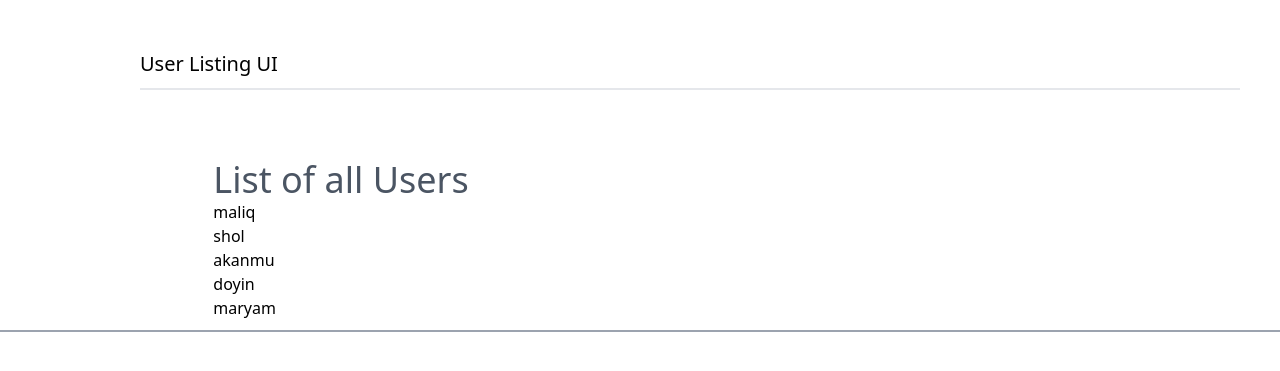
Repository: Marlstergo/listings
Page: / (app in client/)
These files come from the project's save history. The page is drawn as it stood at one moment and after the next save; the edit follows.
The browser window is 1280 px wide. The pictures show the whole page.
The project was rebuilt for these pictures with package versions that can differ from the ones it lists, and the page was loaded fresh each time. Also part of the build but not shown: client/craco.config.js, client/src/components/Loader.js, client/src/components/Order.js, client/src/components/Modal.js. Imported but missing from the stored project, and not drawn on this page: client/src/components/Base, client/src/components/Toppings.

Above is the page before, as saved 2021-07-20 21:59:32.

### client/src/index.js
/* eslint-disable no-unused-vars */
import React from "react";
import ReactDOM from "react-dom";
import "./index.css";
import App from "./App";
import reportWebVitals from "./reportWebVitals";
import { BrowserRouter } from "react-router-dom";
import { Provider } from "react-redux";
import { store } from "./redux/store";
import { PersistGate } from "redux-persist/integration/react";
import { persistor } from "./redux/store";

ReactDOM.render(
  <React.StrictMode>
    <Provider store={store}>
      <BrowserRouter>
        <PersistGate persistor={persistor}>
          <App />
        </PersistGate>
      </BrowserRouter>
    </Provider>
  </React.StrictMode>,
  document.getElementById("root")
);

// If you want to start measuring performance in your app, pass a function
// to log results (for example: reportWebVitals(console.log))
// or send to an analytics endpoint. Learn more: https://bit.ly/CRA-vitals
reportWebVitals();

### client/src/App.js
import React, { useState } from 'react';
import { Route, Switch, useLocation } from "react-router-dom";
import Header from './components/Header';
import Home from './components/Home';
import Base from './components/Base';
import Toppings from './components/Toppings';
import Order from './components/Order';
import Modal from './components/Modal';
import { AnimatePresence } from 'framer-motion';

function App() {
  const location = useLocation();
  const showModal = true;

  return (
    <>
      <Header />
      {/* <Modal showModal={showModal} /> */}
      <AnimatePresence exitBeforeEnter>
        <Switch location={location} key={location.key}>
          <Route path="/">
            <Home />
          </Route>
          <Route path="/createUpdateUser">
            <Toppings />
          </Route>
          <Route path="/order">
            <Order />
          </Route>
          <Route path="/">
            <Home />
          </Route>
        </Switch>
      </AnimatePresence>

    </>
  );
}

export default App;

### client/src/redux/store.js
import { createStore, applyMiddleware } from "redux";
import { logger } from 'redux-logger';
import {persistStore} from 'redux-persist';
// import thunk from 'redux-thunk'
import createSagaMiddleware from 'redux-saga'

import rootSaga from './root-sagas'

import rootReducer from './root-reducer';

const sagaMiddleware = createSagaMiddleware()

const middleware = [sagaMiddleware];

if( process.env.NODE_ENV === 'development'){
    middleware.push(logger)
}

export const store = createStore(rootReducer, applyMiddleware(...middleware))

sagaMiddleware.run(rootSaga)

export const persistor = persistStore(store)

export default (store, persistor);

### client/src/components/Header.js
import React from 'react';
import { motion } from 'framer-motion';

const svgVariants = {
  hidden: { rotate: -180 },
  visible: {
    rotate: 0,
    transition: { duration : 1 }
  },
}

const pathVariants = {
  hidden: {
    opacity: 0,
    pathLength: 0,
  },
  visible: {
    opacity: 1,
    pathLength: 1,
    transition: {
      duration: 2,
      ease: "easeInOut",
    }
  }
};


const Header = () => {
  return (
    <header className='flex p-[40px]  items-center'>
      <motion.div className="logo"
        drag
        dragConstraints={{ left: 0, top: 0, right: 0, bottom: 0 }}
        dragElastic={0.7}
      >
        <motion.svg className="w-[80px] overflow-visible" xmlns="http://www.w3.org/2000/svg" viewBox="0 0 100 100"
          variants={svgVariants}
          initial="hidden"
          animate="visible"
        >
          <motion.path
            fill="none"
            d="M40 40 L80 40 C80 40 80 80 40 80 C40 80 0 80 0 40 C0 40 0 0 40 0Z"
            variants={pathVariants}
          />
          <motion.path
            fill="none"
            d="M50 30 L50 -10 C50 -10 90 -10 90 30 Z"
            variants={pathVariants}
          />
        </motion.svg>
      </motion.div>
      <motion.div className=" flex-grow ml-[20px] text-xs"
        initial={{ y: -250}}
        animate={{ y: -10 }}
        transition={{ delay: 0.2, type: 'spring', stiffness: 120 }}
      >
        <h1 className="border-b-2 pb-[10px] text-xl">User Listing UI</h1>
      </motion.div>
    </header>
  )
}

export default Header;

### client/src/components/Home.js
import React from "react";
import { Link } from "react-router-dom";
import { motion } from "framer-motion";
import Loader from "./Loader";

const buttonVariants = {
  hover: {
    scale: 1.1,
    textShadow: "0px 0px 8px rgb(255,255,255)",
    boxShadow: "0px 0px 8px rgb(255,255,255)",
    transition: {
      duration: 0.3,
      yoyo: 5,
    },
  },
};

const containerVariants = {
  hidden: {
    opacity: 0,
  },
  visible: {
    opacity: 1,
    transition: { delay: 1.5, duration: 1.5 },
  },
  exit: {
    x: "-100vh",
    transition: { ease: "easeInOut" },
  },
};
const users = ["maliq", "shol", "akanmu", "doyin", "maryam"];
const Home = () => {
  return (
    <motion.div
      className="  pb-[10px] mb-[10px] border-b-2 border-gray-400 flex flex-col items-center"
      variants={containerVariants}
      initial="hidden"
      animate="visible"
      exit="exit"
    >
      <div className="w-2/3 ">
        <h2 className="text-4xl text-gray-600">List of all Users</h2>
        <ul>
          {users.map(
            (user) => (
              <li>{user}</li>
            )
          )}

        </ul>
        {/* <table className="min-w-full divide-y divide-gray-200">
          <thead>
            <tr>
              <th className="px-6 py-3 bg-gray-50 text-left text-xs font-medium text-gray-500 uppercase tracking-wider">
                Transaction
              </th>
              <th className="px-6 py-3 bg-gray-50 text-right text-xs font-medium text-gray-500 uppercase tracking-wider">
                Amount
              </th>
              <th className="hidden px-6 py-3 bg-gray-50 text-left text-xs font-medium text-gray-500 uppercase tracking-wider md:block">
                Status
              </th>
              <th className="px-6 py-3 bg-gray-50 text-right text-xs font-medium text-gray-500 uppercase tracking-wider">
                Date
              </th>
            </tr>
          </thead>
        </table> */}
      </div>
    </motion.div>
  );
};

export default Home;

### client/src/redux/root-sagas.js
import {all, call} from 'redux-saga/effects'
import {userSagas} from './user/user.sagas'


export default function* rootSaga(){
    yield all([
        call(userSagas),
    ])
}

### client/src/redux/root-reducer.js
import {combineReducers} from 'redux'
import userReducer from './user/user.reducer'
// import cartReducer from './cart/cart.reducer'
import {persistReducer} from 'redux-persist'
import storage from 'redux-persist/lib/storage'
// import directoryReducer from './directory/directory.reducer'
// import shopReducer from './shop/shop.reducer'

const persistConfig ={
    key: 'root',
    storage,
    whitelist: ['' ]
}
const rootReducer = combineReducers({
    user: userReducer,

})
export default persistReducer(persistConfig, rootReducer)

### client/src/redux/user/user.sagas.js
import { all, call, put, takeLatest } from "redux-saga/effects";

import UserActionTypes from "./user.types";
import { loadUserDetail } from "./user.action";
// import axios from "axios";
// import { getUserDetailsURL } from "../../components/stringConstants";

export function* getDetails() {
  yield console.log("i fired");

  // try {
  //   console.log("inside try");

  //   const res = yield axios.get(getUserDetailsURL);
  //   const data = yield res.data;
  //   console.log(res);
  //   yield put(loadUserDetail(data ? data.data[0] : {}));
  // } catch (err) {
  //   console.log(err.response);
  //   if (err.response && err.response.statusText === "Not Found") {
  //     // console.log("");
  //     window.location.href = "/profile/settings?newUser=0837";
  //   }
  // }
}

export function* getUserDetails() {
  yield takeLatest(UserActionTypes.GET_USER_DETAIL, getDetails);
}
// export function* loadUserDetails(){
//     yield takeLatest(UserActionTypes.LOAD_USER_DETAIL, loadDetails)
// }

export function* userSagas() {
  yield all([call(getUserDetails)]);
}

### client/src/redux/user/user.reducer.js
import UserActionTypes from "./user.types";
const INITIAL_STATE = {
  // currentUser: null,
  userDetail: {},
  demo: 'i am demo',
  location: null

};
const userReducer = (state = INITIAL_STATE, action) => {
  switch (action.type) {

    case UserActionTypes.LOAD_USER_DETAIL:
      return {
        ...state,
        userDetail: action.payload,
      };

    case UserActionTypes.COLLECT_GEOLOCATION:
      return {
        ...state,
        location: action.payload
      }
    default:
      return state;
  }
};

export default userReducer;

### client/src/redux/user/user.types.js
const UserActionTypes ={
    GOOGLE_SIGN_IN_START : 'GOOGLE_SIGN_IN_START',
    SIGN_IN_SUCCESS : 'SIGN_IN_SUCCESS',
    SIGN_IN_FAILURE : 'SIGN_IN_FAILURE',
    GET_USER_DETAIL: 'GET_USER_DETAIL',
    LOAD_USER_DETAIL: 'LOAD_USER_DETAIL',
    COLLECT_GEOLOCATION: 'COLLECT_GEOLOCATION',
    FETCH_GEOLOCATION: 'FETCH_GEOLOCATION'
}
export default UserActionTypes;

### client/src/redux/user/user.action.js
import UserActionTypes from './user.types'



// export const googleSignInStart = () => ({
//     type: UserActionTypes.GOOGLE_SIGN_IN_START
// })

// export const signInSuccess = (user) => ({
//     type: UserActionTypes.SIGN_IN_SUCCESS,
//     payload: user
// })

export const getUserDetail = () => ({
    type: UserActionTypes.GET_USER_DETAIL,

})
export const loadUserDetail = (details) => ({
    type: UserActionTypes.LOAD_USER_DETAIL,
    payload: details
})

export const fetchGeoloction = () => ({
    type: UserActionTypes.FETCH_GEOLOCATION
})
export const collectGeolocation = (location) => ({
    type: UserActionTypes.COLLECT_GEOLOCATION,
    payload: location
})
// })

### client/tailwind.config.js
  // tailwind.config.js
  module.exports = {
    mode:'jit',
    purge: ['./src/**/*.{js,jsx,ts,tsx}', './public/index.html'],
     darkMode: false, // or 'media' or 'class'
     theme: {
       extend: {},
     },
     variants: {
       extend: {},
     },
     plugins: [],
   }

Loaded but not shown: client/public/index.html (common file); client/src/index.css (common file); client/src/reportWebVitals.js (common file)

After the next save:
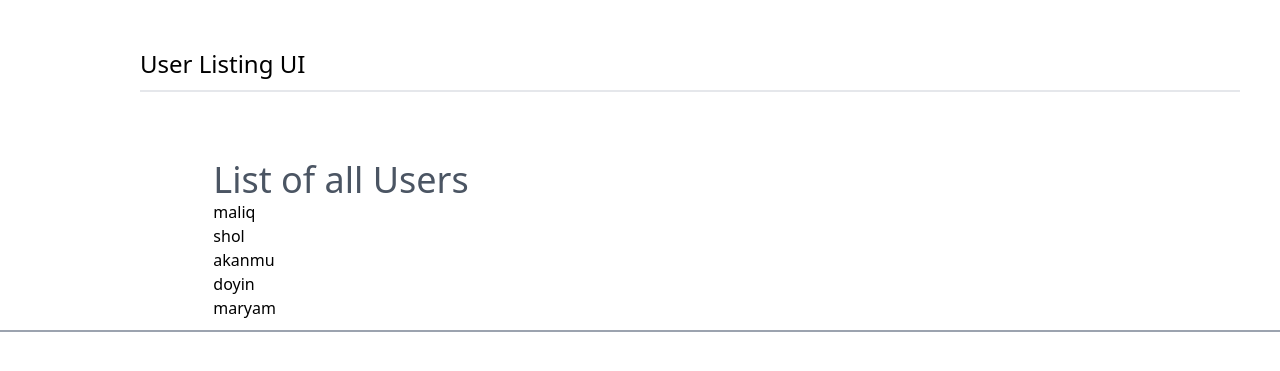
Saved 6 s later.
--- a/client/src/components/Header.js
+++ b/client/src/components/Header.js
@@ -55,7 +55,7 @@ const Header = () => {
         animate={{ y: -10 }}
         transition={{ delay: 0.2, type: 'spring', stiffness: 120 }}
       >
-        <h1 className="border-b-2 pb-[10px] text-xl">User Listing UI</h1>
+        <h1 className="border-b-2 pb-[10px] text-2xl">User Listing UI</h1>
       </motion.div>
     </header>
   )
